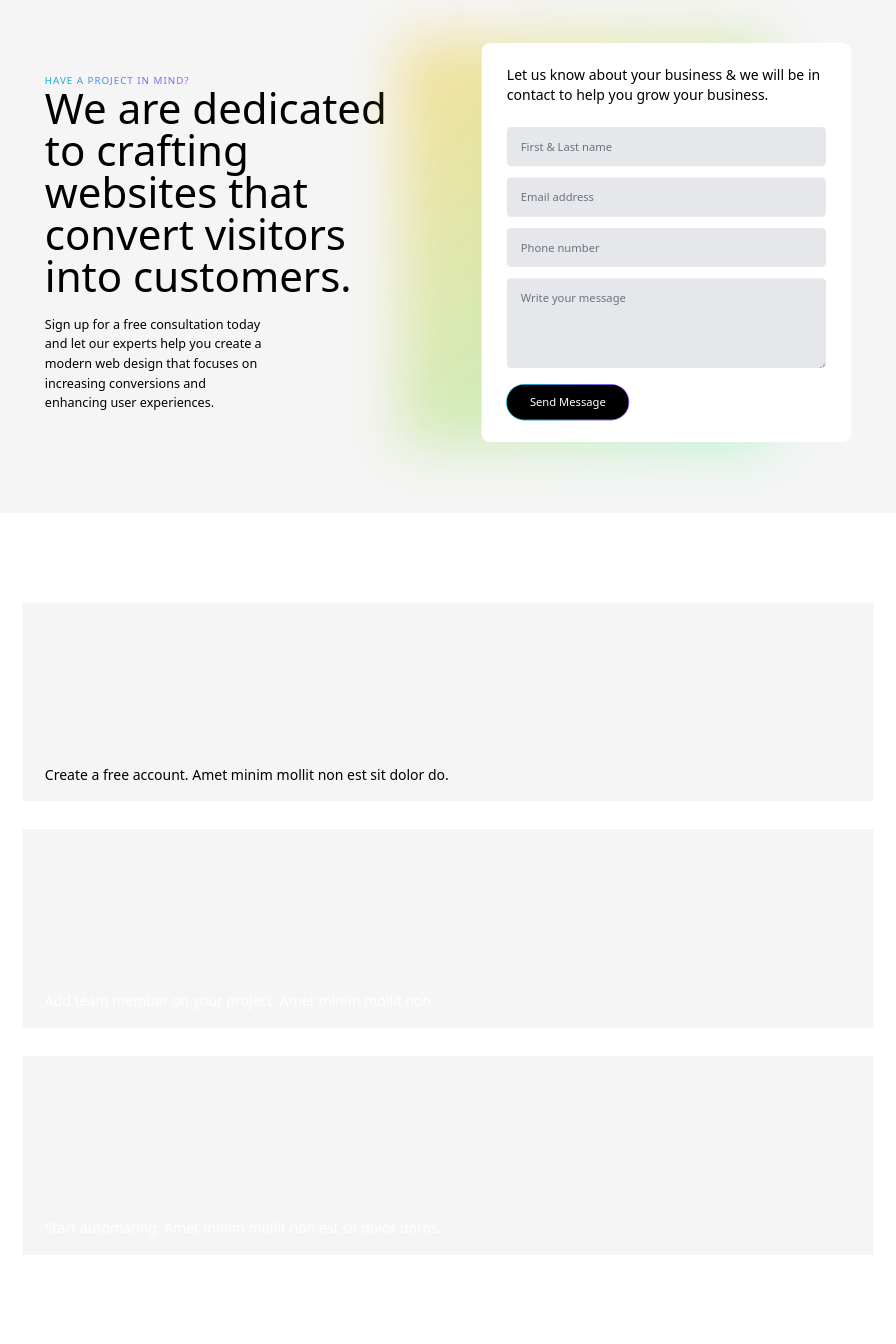
Repository: ornelasedward/mired_website
Page: /
An editor plug-in stored every save of this project. The page is shown before and after the next save, followed by the edit.
The browser window is 1280 px wide. The pictures show the part of the page from y = 1302 to 3222 px (the page is 3222 px tall), at 70% of full size.
The project was rebuilt for these pictures with package versions that can differ from the ones it lists, and the page was loaded fresh each time. The framework's server and built-in components were replaced by stand-ins that run in the browser. Also part of the build but not shown: next.config.js.

Above is the page before, as saved 2023-03-28 19:52:26.

After the next save:
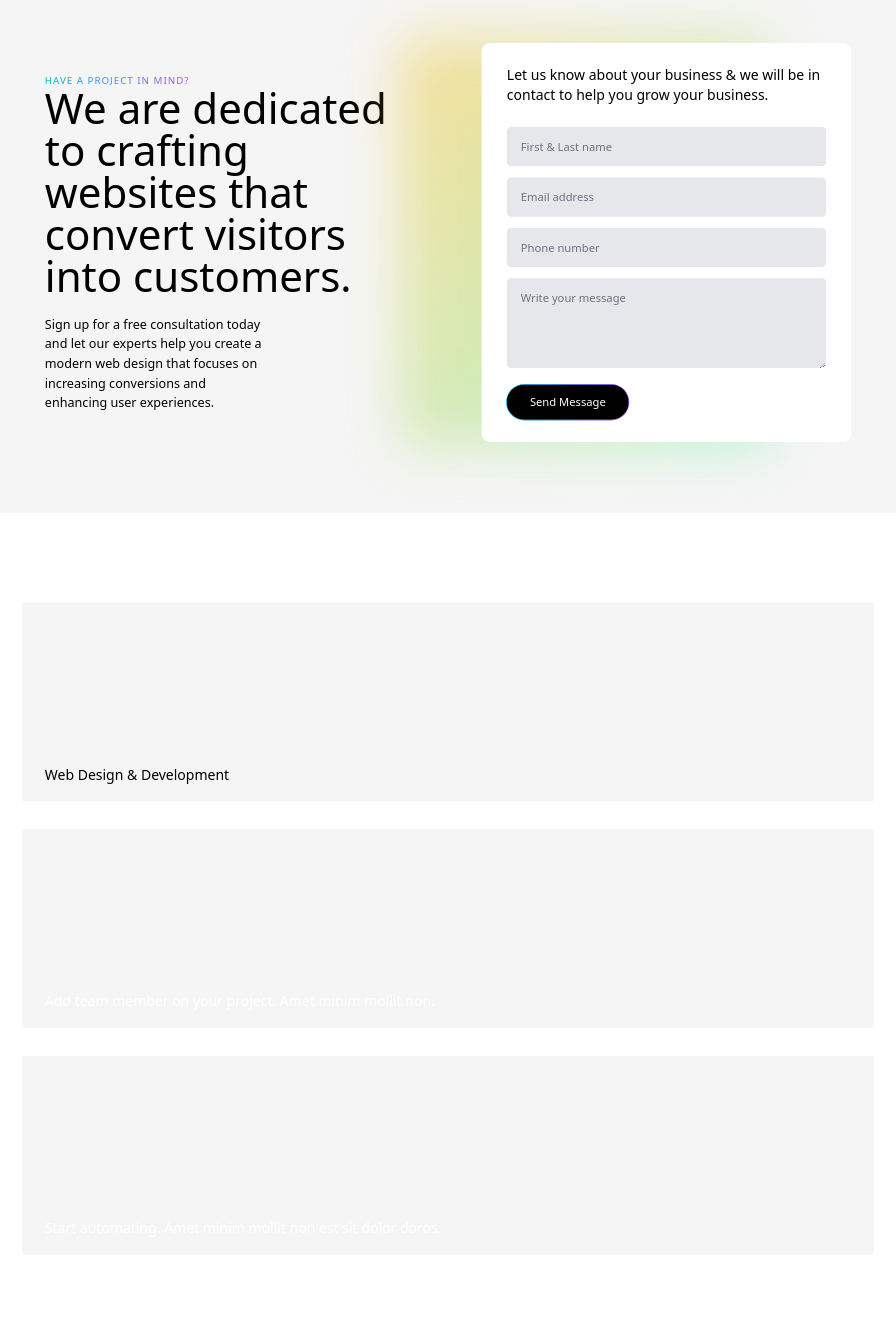
Saved 4 s later.
--- a/components/Services.tsx
+++ b/components/Services.tsx
@@ -8,7 +8,7 @@
           <div className="bg-[#F5F5F5]">
             <div className="p-6 sm:px-8">
               <h1 className="mt-12 text-xl  font-normal text-black lg:mt-32 xl:mt-52">
-                Create a free account. Amet minim mollit non est sit dolor do.
+                Web Design & Development
               </h1>
             </div>
           </div>
